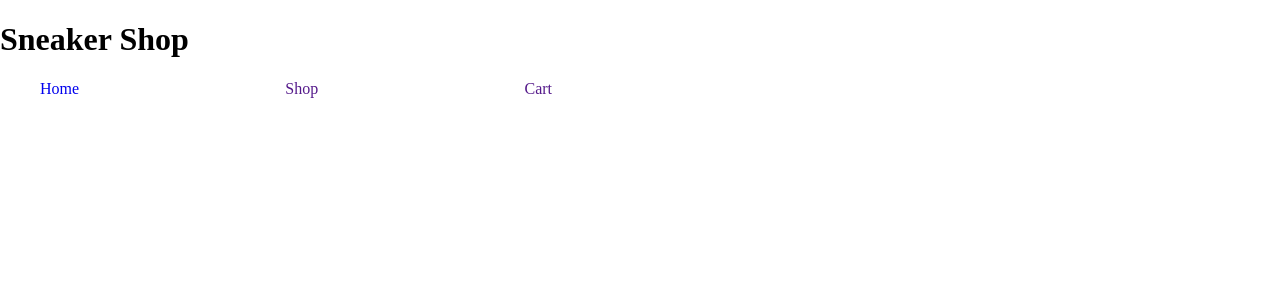
Repository: Siphamandla201/SneakerEcom
Page: products.html
The author's editor kept a copy of each file at every save. The page is drawn from the files as they stood at one save, then again after a run of saves.
The browser window is 1280 px wide. The pictures show the whole page.

Above is the page before, as saved 2023-08-17 16:09:47.

### products.html
<!DOCTYPE html>
<html lang="en">
<head>
    <meta charset="UTF-8">
    <meta name="viewport" content="width=device-width, initial-scale=1.0">
    <title>Document</title>
    <style>
        body {
            margin: 0%;
            padding: 0%;
            box-sizing: border-box;
            overflow-x: hidden;
        }

        header {
            height: 150px;
            width: 100vw;
        }

        nav {

        }

        ul {
            width: 40%;
            display: flex;
            justify-content: space-between;
        }

        li {
            list-style: none;
        }

        li a {
            text-decoration: none;
        }

        .sneakers {
            display: flex;
            flex-wrap: wrap;
            justify-content: space-between;
            padding: 0px 50px;
        }

        .sneaker {
            width: 20%;
            height: 350px;
            border: 1px solid #ccc;
            padding: 10px;
            margin: 10px;
        }

        .sneaker img {
            width: 80%;
            height: 261.9px !important;
            display: block;
            margin: 0px auto 10px;
            border: 1px solid black;
        }

        .sneaker h3 {
            font-size: 1.2em;
            margin: 0;
        }

        .sneaker h4 {
            font-size: 1em;
            color:#8d8d8d;
            margin: 0;
        }

        .sneaker p {
            margin: 5px 0;
            font-size: 1.1em;
            font-weight: 600;
        }

    </style>
</head>
<body>
    <header>
        <h1>
            Sneaker Shop
        </h1>
        <nav>
            <ul>
                <li>
                    <a href="./index.html" target="_blank">Home</a>
                </li>
                <li>
                    <a href="" target="_blank">Shop</a>
                </li>
                <li>
                    <a href="" target="_blank">Cart</a>
                </li>
            </ul>
        </nav>
    </header>
    <main>
        <div class="sneakers">
            <!-- SNEAKERS DISPLAYED HERE -->
        </div>
    </main>
    <script src="main.js"></script>
</body>
</html>

### main.js
fetch('./index.php')
.then((res) => res.json())
.then(response => {
    console.log(response);
    let output = '';
    // let sneakerOutput = '';
    for(let i in response) {
        output += `
                    <tr>
                        <td>${response[i].id}</td>
                        <td>${response[i].brand}</td>
                        <td>${response[i].model}</td>
                        <td>$${response[i].price}</td>
                        <td class="del">Delete</td>
                        <td class="edit">Edit</td>
                    </tr>
        `;

        // sneakerOutput += `
        //             <div class="sneaker">
        //                     <img src="${response[i].imageUrl}" alt="${response[i].brand} ${response[i].model}" width="200">
        //                     <h3>${response[i].brand} ${response[i].model}</h3>
        //                     <p>Price: $${response[i].price}</p>
        //             </div>
        // `;
    }

     // For index.html
    if (document.querySelector('tbody')) {
        document.querySelector('tbody').innerHTML = output;
    }

    // For products.html
    if (document.querySelector('.sneakers')) {
        DisplayAllSneakers(response);
    }

}).catch(error => console.error(error));


function DisplayAllSneakers(response) { // Accept the response as a parameter
    // document.querySelector('.sneakers').innerHTML = ''; // Clear any existing content
    let output = '';

    for (let sneaker in response) {
        output += `
            <div class="sneaker">
                <img src="${response[sneaker].imageUrl}" alt="${response[sneaker].brand} ${response[sneaker].model}" width="200">
                <h3>${response[sneaker].model}</h3>
                <h4>${response[sneaker].brand}</h4>
                <p>Price: $${response[sneaker].price}</p>
            </div>
        `;
    }
    document.querySelector('.sneakers').innerHTML = output;
}

After the next 5 saves:
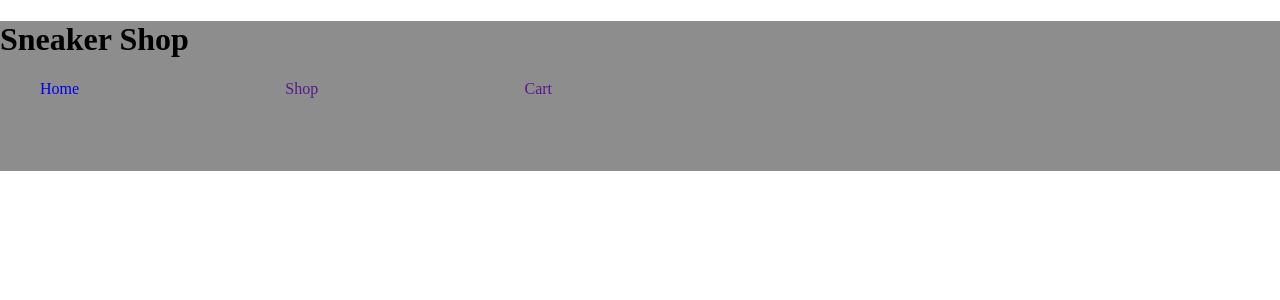
The 5 saves are shown as one change because they came seconds apart.
The last was saved 13 s later.
--- a/products.html
+++ b/products.html
@@ -15,6 +15,7 @@
         header {
             height: 150px;
             width: 100vw;
+            background-color:#8d8d8d;
         }
 
         nav {
